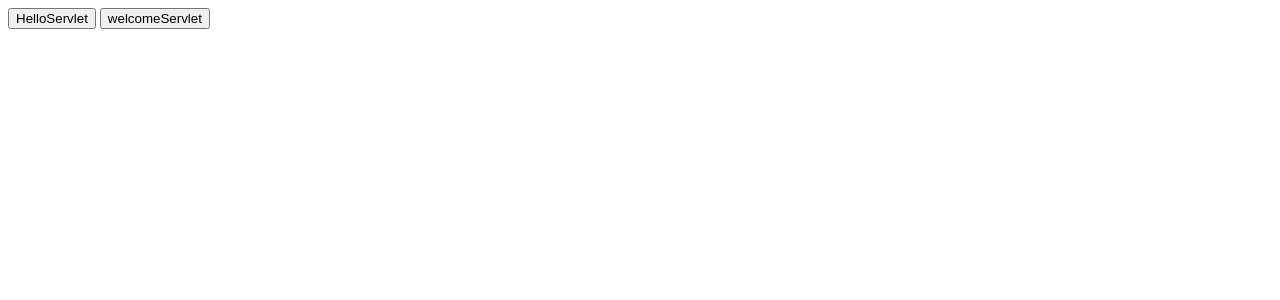
Repository: gjp373/test
Page: http://localhost/HelloServlet/
The author's editor kept a copy of each file at every save. The page is drawn from the files as they stood at one save, then again after the next save.
The browser window is 1280 px wide. The pictures show the whole page.
The page is served by Tomcat 9. Nobody is signed in. The application's start-up code is not run.

Above is the page before, as saved 2018-03-07 07:36:24.

After the next save:
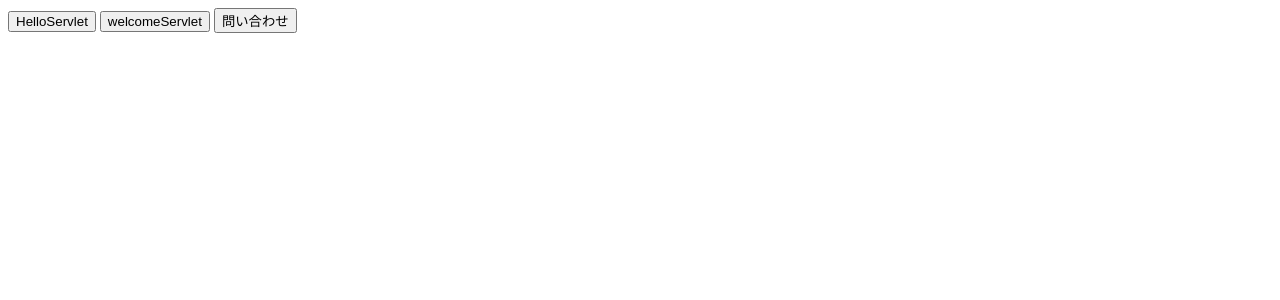
Saved 16 min 57 s later.
--- a/HelloServlet/WebContent/index.jsp
+++ b/HelloServlet/WebContent/index.jsp
@@ -15,6 +15,7 @@
 
 <input type="button" value="HelloServlet" onClick="location.href='HelloServlet'">
 <input type="button" value="welcomeServlet" onClick="location.href='welcome.jsp'">
+<input type="button" value="問い合わせ" onClick="location.href='inquiryServlet'">
 
 
 

After the save that followed:
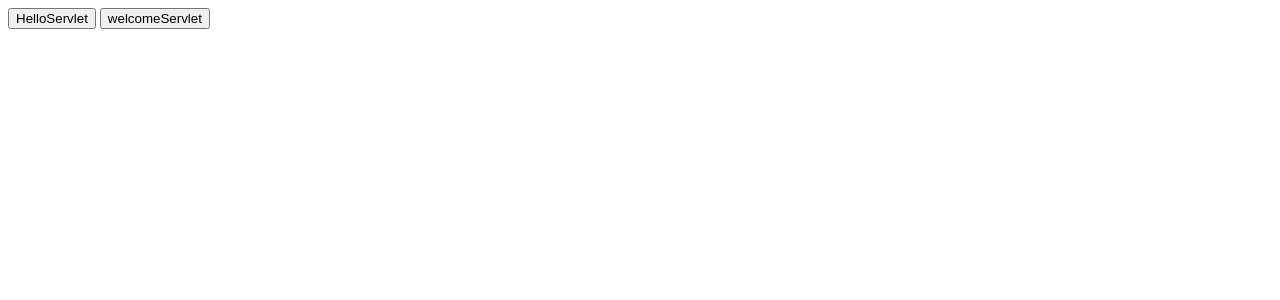
Saved 29 s later.
--- a/HelloServlet/WebContent/index.jsp
+++ b/HelloServlet/WebContent/index.jsp
@@ -15,13 +15,6 @@
 
 <input type="button" value="HelloServlet" onClick="location.href='HelloServlet'">
 <input type="button" value="welcomeServlet" onClick="location.href='welcome.jsp'">
-<input type="button" value="問い合わせ" onClick="location.href='inquiryServlet'">
-
-
-
-
-
-
 
 
 
